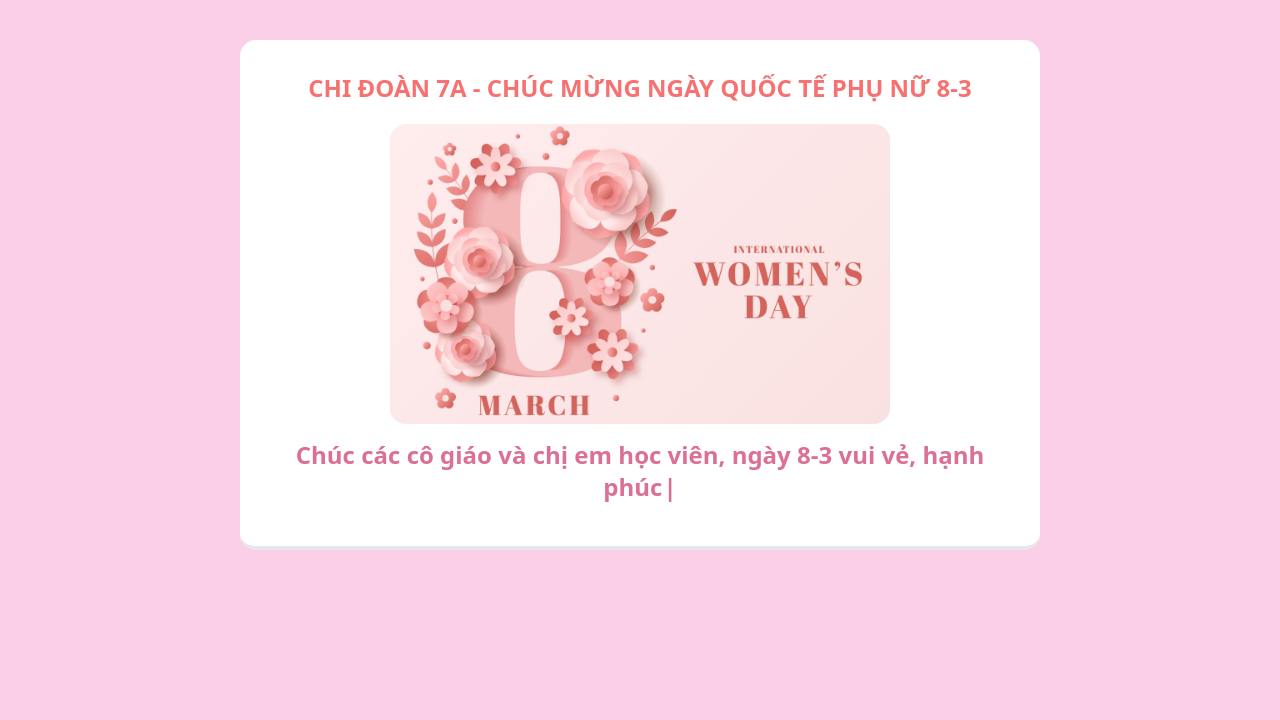
Repository: hoang0508/web-837A
Page: /
These files come from the project's save history. The page is drawn as it stood at one moment and after the next save; the edit follows.
The browser window is 1280 px wide. The pictures show the whole page.
Some web fonts or font styles are not loaded; a fallback is used. The project was rebuilt for these pictures with package versions that can differ from the ones it lists, and the page was loaded fresh each time. Also part of the build but not shown: vite.config.js.

Above is the page before, as saved 2025-02-28 19:09:51.

After the next save:
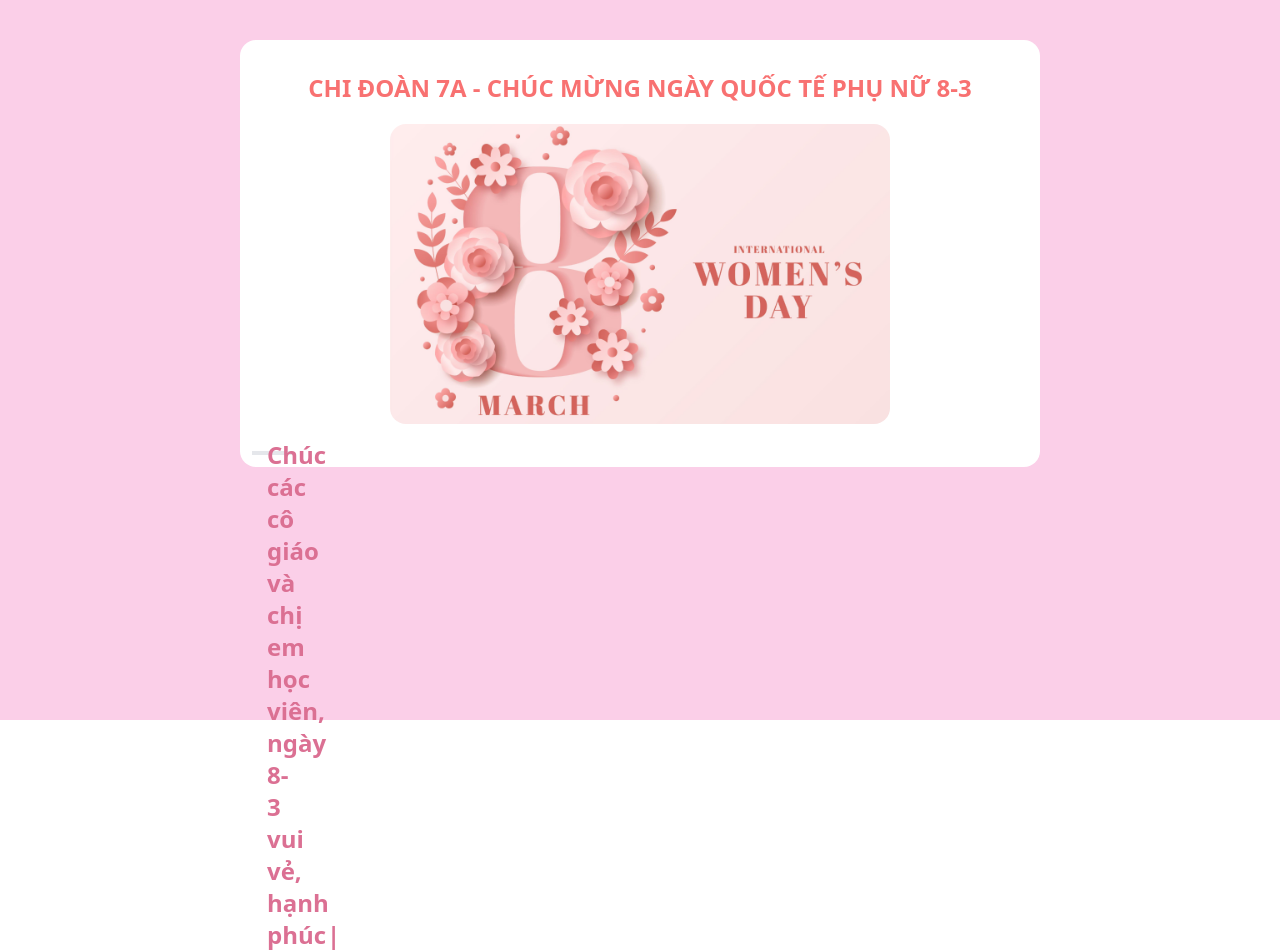
Saved 47 s later.
--- a/src/App.jsx
+++ b/src/App.jsx
@@ -11,7 +11,7 @@ function App() {
   return (
     <>
       <div className="text-2xl font-bold  bg-pink-200 min-h-screen p-10">
-        <div className="bg-white shadow-3xl w-[800px] p-3 my-0 mx-auto rounded-2xl border-b-4">
+        <div className="bg-white shadow-3xl w-[800px] p-3 my-0 mx-auto rounded-2xl">
           <h1 className="text-center text-red-400 p-5 uppercase">
             Chi đoàn 7A - CHÚC MỪNG NGÀY QUỐC TẾ PHỤ NỮ 8-3
           </h1>
@@ -22,16 +22,18 @@ function App() {
               className="w-full h-full object-cover rounded-2xl"
             />
           </div>
-          <Typewriter
-            options={{
-              strings: [
-                `${"Chúc các cô giáo và chị em học viên, ngày 8-3 vui vẻ, hạnh phúc, luôn mạnh khỏe và thành công! 🌸💐❤️❤️❤️💰"}`,
-              ],
-              delay: 75,
-              autoStart: true,
-              loop: true,
-            }}
-          />
+          <div className="border-b-4 w-10 h-4">
+            <Typewriter
+              options={{
+                strings: [
+                  `${"Chúc các cô giáo và chị em học viên, ngày 8-3 vui vẻ, hạnh phúc, luôn mạnh khỏe và thành công! 🌸💐❤️❤️❤️💰"}`,
+                ],
+                delay: 75,
+                autoStart: true,
+                loop: true,
+              }}
+            />
+          </div>
         </div>
       </div>
     </>
